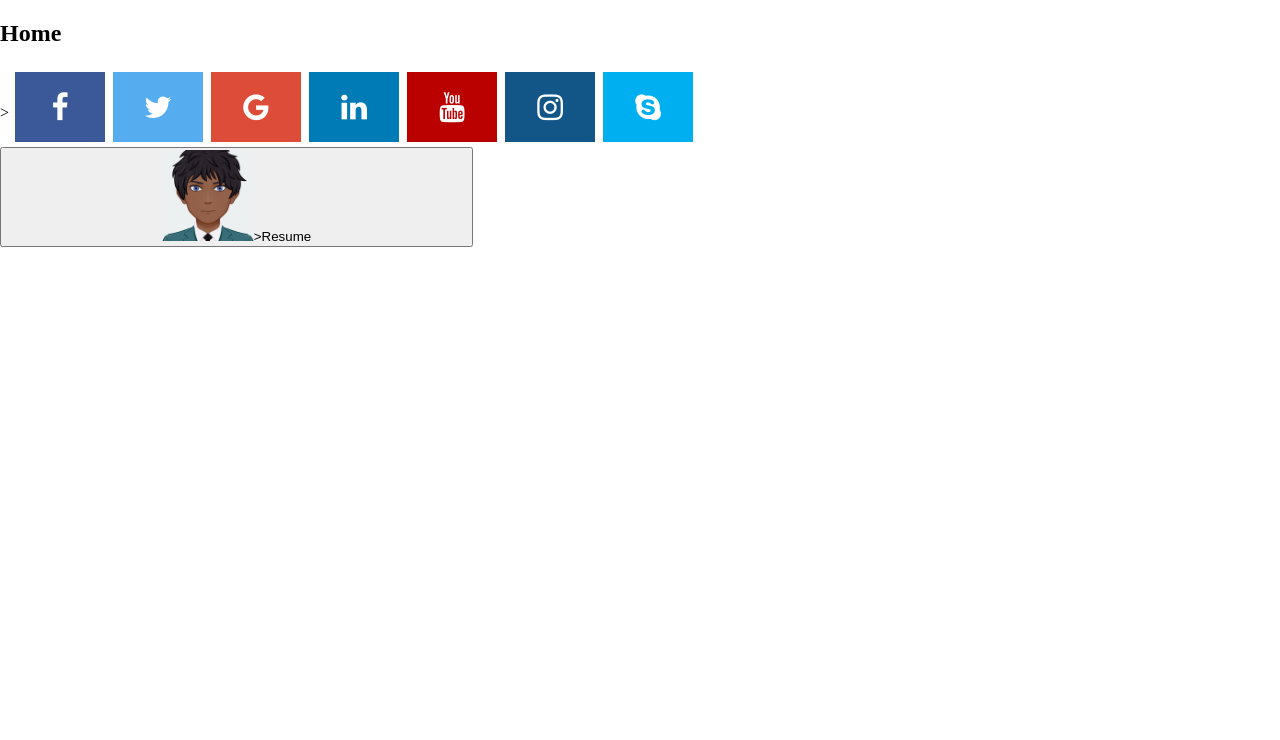
Repository: MatthewSalazar30/MatthewSalazar30.github.io
Page: Home.html
The author's editor kept a record of every edit. The page is drawn from the files as they stood at one moment, then again after the next edit.
The browser window is 1280 px wide. The pictures show the whole page.

Above is the page before.

### Home.html
<!DOCTYPE html>
<html>
<head>
<meta name="viewport" content="width=device-width, initial-scale=1">
<link rel="stylesheet" href="https://cdnjs.cloudflare.com/ajax/libs/font-awesome/4.7.0/css/font-awesome.min.css">




<style>

body, html {  height: 100%;margin: 0;}
.bg {
/* The image used */
background-image: url("https://media.giphy.com/media/10ECejNtM1GyRy/giphy.gif");
/* Full height */
height: 100%;
/* Center and scale the image nicely */
background-position: center;
background-repeat: no-repeat;
background-size: cover;  }
</style>

<style>



.fa {
  padding: 20px;
  font-size: 30px;
  width: 50px;
  text-align: center;
  text-decoration: none;
  margin: 5px 2px;
}

.fa:hover {
    opacity: 0.7;
}

.fa-facebook {
  background: #3B5998;
  color: white;
}

.fa-doge {
  background: #3B5998;
  color: white;
}
.fa-twitter {
  background: #55ACEE;
  color: white;
}

.fa-google {
  background: #dd4b39;
  color: white;
}

.fa-linkedin {
  background: #007bb5;
  color: white;
}

.fa-youtube {
  background: #bb0000;
  color: white;
}

.fa-instagram {
  background: #125688;
  color: white;
}

.fa-pinterest {
  background: #cb2027;
  color: white;
}

.fa-snapchat-ghost {
  background: #fffc00;
  color: white;
  text-shadow: -1px 0 black, 0 1px black, 1px 0 black, 0 -1px black;
}

.fa-skype {
  background: #00aff0;
  color: white;
}

.fa-android {
  background: #a4c639;
  color: white;
}

.fa-dribbble {
  background: #ea4c89;
  color: white;
}

.fa-vimeo {
  background: #45bbff;
  color: white;
}

.fa-tumblr {
  background: #2c4762;
  color: white;
}

.fa-vine {
  background: #00b489;
  color: white;
}

.fa-foursquare {
  background: #45bbff;
  color: white;
}

.fa-stumbleupon {
  background: #eb4924;
  color: white;
}

.fa-flickr {
  background: #f40083;
  color: white;
}

.fa-yahoo {
  background: #430297;
  color: white;
}

.fa-soundcloud {
  background: #ff5500;
  color: white;
}

.fa-reddit {
  background: #ff5700;
  color: white;
}

.fa-rss {
  background: #ff6600;
  color: white;
}
</style>
</head>
<body>

<h2>Home</h2>
>

<!-- Add font awesome icons -->
<a href="https://www.facebook.com/" class="fa fa-facebook"></a>
<a href="https://twitter.com/" class="fa fa-twitter"></a>
<a href="https://www.google.com/" class="fa fa-google"></a>
<a href="https://www.linkedin.com/" class="fa fa-linkedin"></a>
<a href="https://www.youtube.com/" class="fa fa-youtube"></a>
<a href="https://www.instagram.com/" class="fa fa-instagram"></a>
<a href="https://www.skype.com/en/" class="fa fa-skype"></a>


<div class="container">
  <a href="Dogs.html">
  <a href="avatar.html">

   <button class="btn"><img src="images/myAvatar.png" style="width:20%">>Resume</button style="width:100&">
</a>
</div>



</body>
</html>

After the next edit:
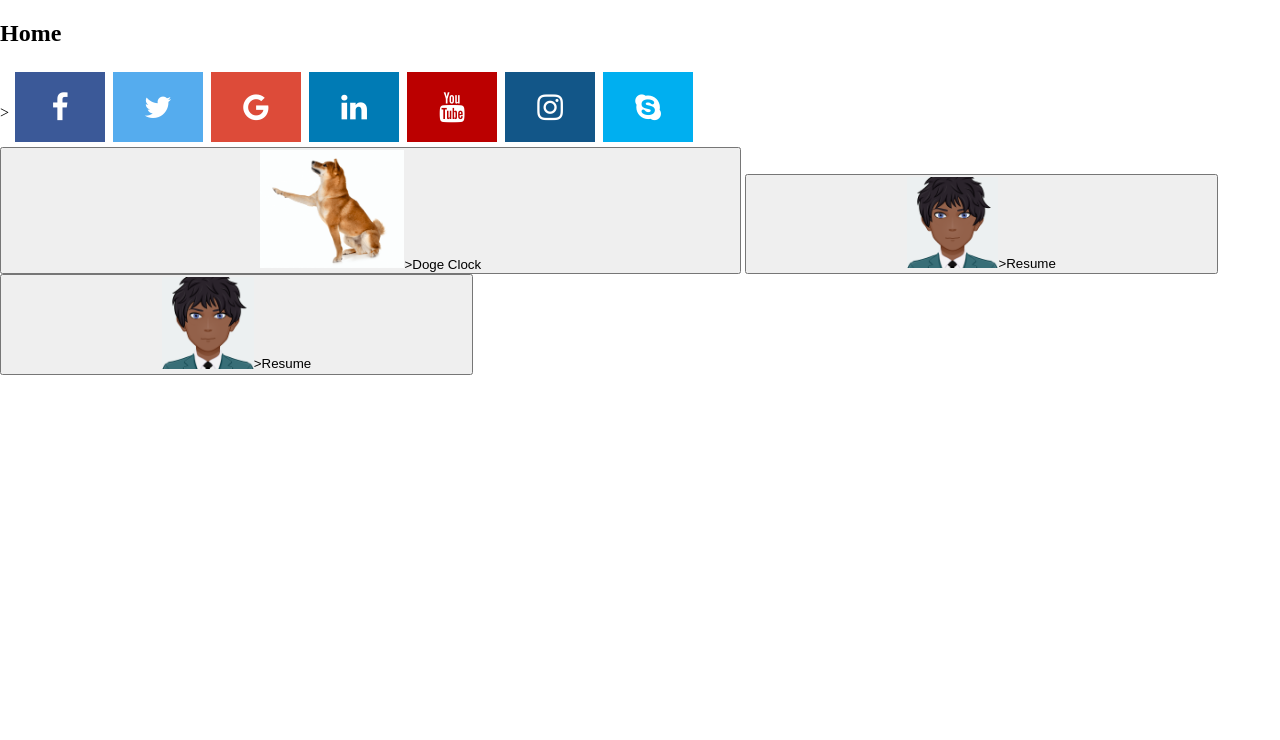
The edit:
--- a/Home.html
+++ b/Home.html
@@ -165,8 +165,8 @@
 
 
 <div class="container">
-  <a href="Dogs.html">
-  <a href="avatar.html">
+  <a href="Dogs.html"> <button class="btn"><img src="images/Doge.jpg" style="width:20%">>Doge Clock</button style="width:100&"></a>
+  <a href="avatar.html">  <button class="btn"><img src="images/myAvatar.png" style="width:20%">>Resume</button style="width:100&"></a>
 
    <button class="btn"><img src="images/myAvatar.png" style="width:20%">>Resume</button style="width:100&">
 </a>
